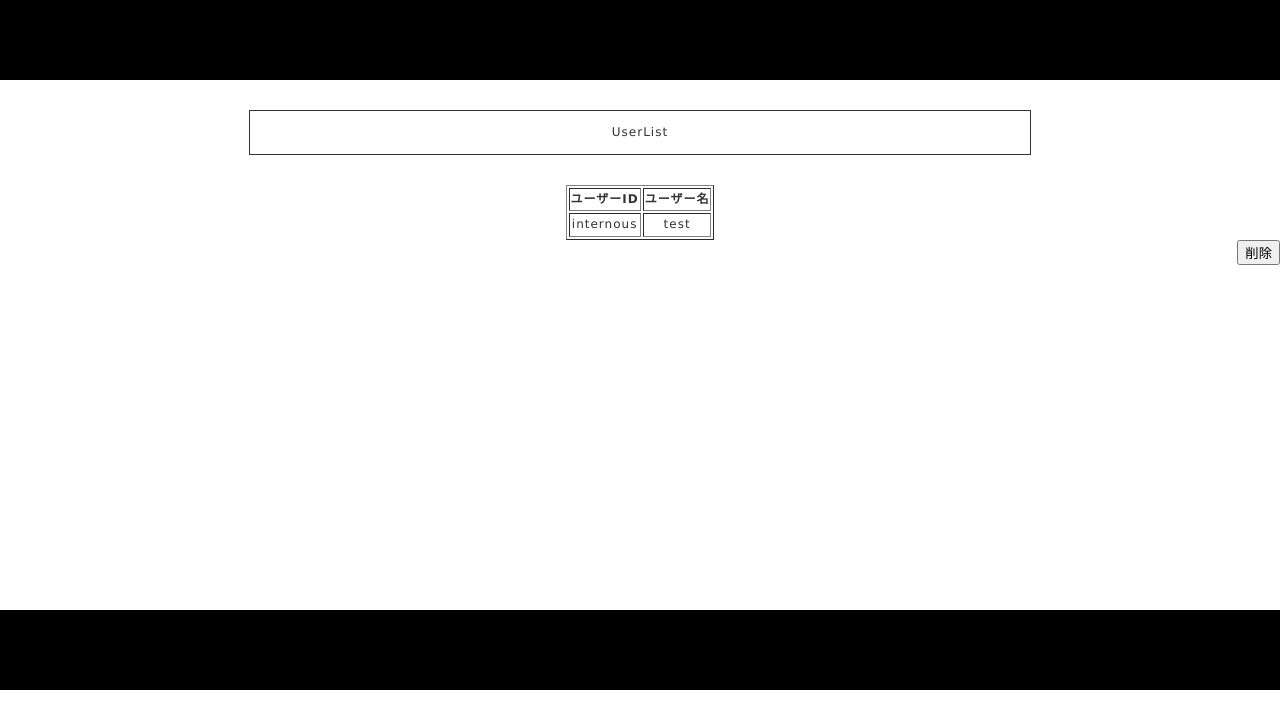
Repository: user-yo-yo/test
Page: http://localhost/ecsite/UserListAction.action
An editor plug-in stored every save of this project. The page is shown before and after the next save, followed by the edit.
The browser window is 1280 px wide. The pictures show the whole page.
The page is served by Tomcat 9. Other server files are loaded and not shown. The database holds what the project's SQL file puts in it.

Above is the page before, as saved 2019-03-14 07:47:15.

### ecsite/WebContent/userList.jsp
<%@ page language="java" contentType="text/html; charset=UTF-8"
    pageEncoding="UTF-8"%>
<%@ taglib prefix="s" uri="/struts-tags"%>
<!DOCTYPE html>
<html>
<head>
<meta http-equiv="Content-Type" content="text/html; charset=UTF-8" />
<meta http-equiv="Content-Style-Type" content="text/css" />
<meta http-equiv="Content-Script-Type" content="text/javascript" />
<meta http-equiv="imagetoolbar" content="no" />
<meta name="description" content="" />
<meta name="keywords" content="" />
<title>UserList画面</title>

<style type="text/css">
/* ========TAG LAYOUT======== */
body{
	margin:0;
	padding:0;
	line-height:1.6;
	letter-spacing:1px;
	font-family:Verdana,Helvetica,sans-serif;
	font-size:12px;
	color:#333;
	background:#fff;
}

table{
	text-align:center;
	margin:0 auto;
}

/* ========ID LAYOUT======== */
#top{
	width:780px;
	margin:30px auto;
	border:1px solid #333;
}

#header{
	width:100%;
	height:80px;
	background-color:black;
}

#main{
	width:100%;
	height:500px;
	text-align:center;
}

#footer{
	width:100%;
	height:80px;
	background-color:black;
	clear:both;
}

#text-center{
	display:inline-block;
	text-align:center;
}

</style>

</head>
<body>
	<div id="header">
		<div id="pr">
		</div>
	</div>

	<div id="main">
		<div id="top">
			<p>UserList</p>
		</div>
		<div>
			<table border="1">
				<tr>
					<th>ユーザーID</th>
					<th>ユーザー名</th>
				</tr>
					<s:iterator value="#session.userListDTOList">
						<tr>
							<td><s:property value="userId"/></td>
							<td><s:property value="userName"/></td>
						</tr>
					</s:iterator>
				</table>
			<div>
				<s:submit value="削除" />
			</div>
		</div>
	</div>

	<div id="footer">
		<div id="pr">
		</div>
	</div>

</body>
</html>

### ecsite/src/com/internousdev/ecsite/dao/UserListDAO.java
package com.internousdev.ecsite.dao;

import java.sql.Connection;
import java.sql.PreparedStatement;
import java.sql.ResultSet;
import java.sql.SQLException;
import java.util.ArrayList;
import java.util.List;

import com.internousdev.ecsite.dto.UserListDTO;
import com.internousdev.ecsite.util.DBConnector;

public class UserListDAO {
	List<UserListDTO> userListDTOList = new ArrayList<UserListDTO>();

	public List<UserListDTO> select(){
		DBConnector db = new DBConnector();
		Connection con = db.getConnection();

		String sql = "select*from login_user_transaction";

		try{
			PreparedStatement ps = con.prepareStatement(sql);
			ResultSet rs = ps.executeQuery();

			while(rs.next()){
				UserListDTO dto = new UserListDTO();
				dto.setUserId(rs.getString("login_id"));
				dto.setUserName(rs.getString("user_name"));
				userListDTOList.add(dto);
			}
		}catch(SQLException e){
			e.printStackTrace();
		}
		try{
			con.close();
		}catch(SQLException e){
			e.printStackTrace();
		}
		return userListDTOList;
	}
}

### ecsite/src/com/internousdev/ecsite/util/DBConnector.java
package com.internousdev.ecsite.util;

import java.sql.Connection;
import java.sql.DriverManager;
import java.sql.SQLException;

public class DBConnector {
	private static String driverName = "com.mysql.jdbc.Driver";
	private static String url = "jdbc:mysql://localhost/ecsite";
	private static String user = "root";
	private static String password = "mysql";

	public Connection getConnection(){
		Connection con = null;

		try{
			Class.forName(driverName);
			con = (Connection) DriverManager.getConnection(url,user,password);
		}catch(ClassNotFoundException e){
			e.printStackTrace();
		}catch(SQLException e){
			e.printStackTrace();
		}
		return con;
	}
}

### ecsite/src/com/internousdev/ecsite/dto/UserListDTO.java
package com.internousdev.ecsite.dto;

public class UserListDTO {
	private String userId;
	private String userName;

	public String getUserId() {
		return userId;
	}

	public void setUserId(String userId) {
		this.userId = userId;
	}

	public String getUserName() {
		return userName;
	}

	public void setUserName(String userName) {
		this.userName = userName;
	}

}

### ecsite/sql/ecsite.sql (the tables this page reads)
create table login_user_transaction(
id int not null primary key auto_increment,
login_id varchar(16) unique,
login_pass varchar(16),
user_name varchar(50),
insert_date datetime,
updated_date datetime
);

INSERT INTO login_user_transaction(login_id,login_pass,user_name)VALUES("internous","internous01","test");

After the next save:
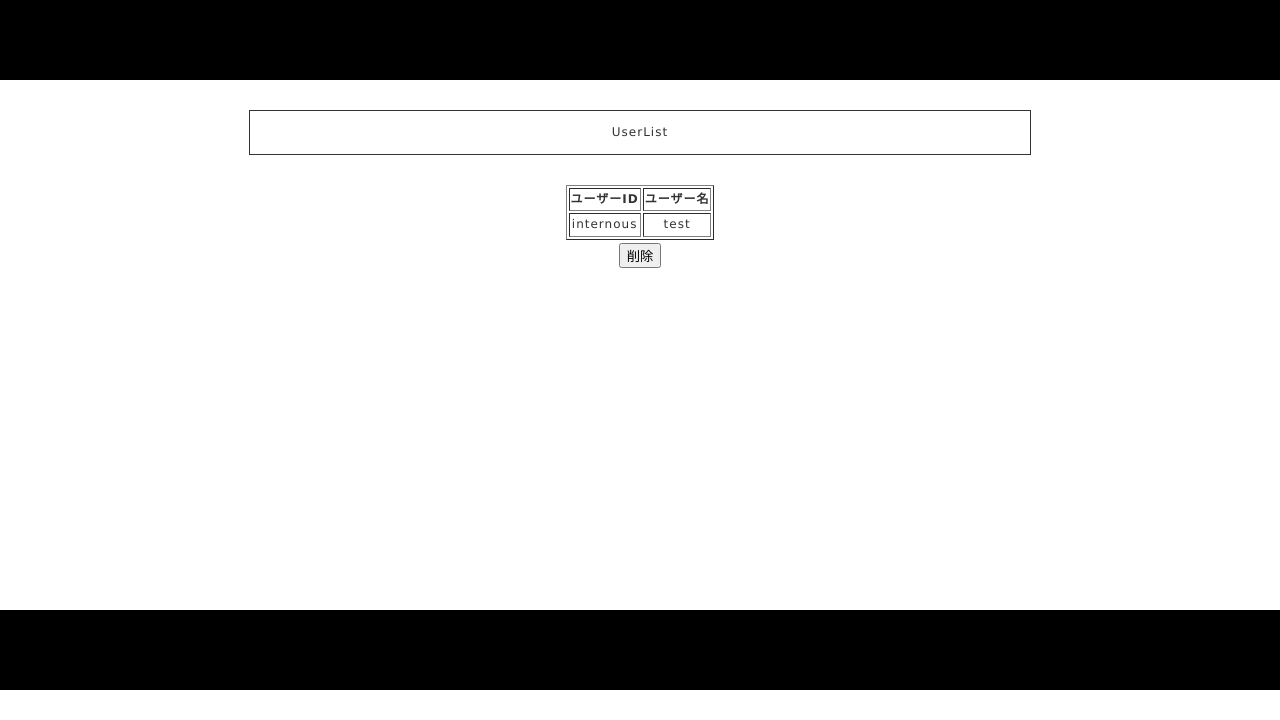
Saved 53 s later.
--- a/ecsite/WebContent/userList.jsp
+++ b/ecsite/WebContent/userList.jsp
@@ -87,9 +87,9 @@ table{
 						</tr>
 					</s:iterator>
 				</table>
-			<div>
-				<s:submit value="削除" />
-			</div>
+				<s:form action="ItemListDeleteConfirmAction">
+					<s:submit value="削除" />
+				</s:form>
 		</div>
 	</div>
 
